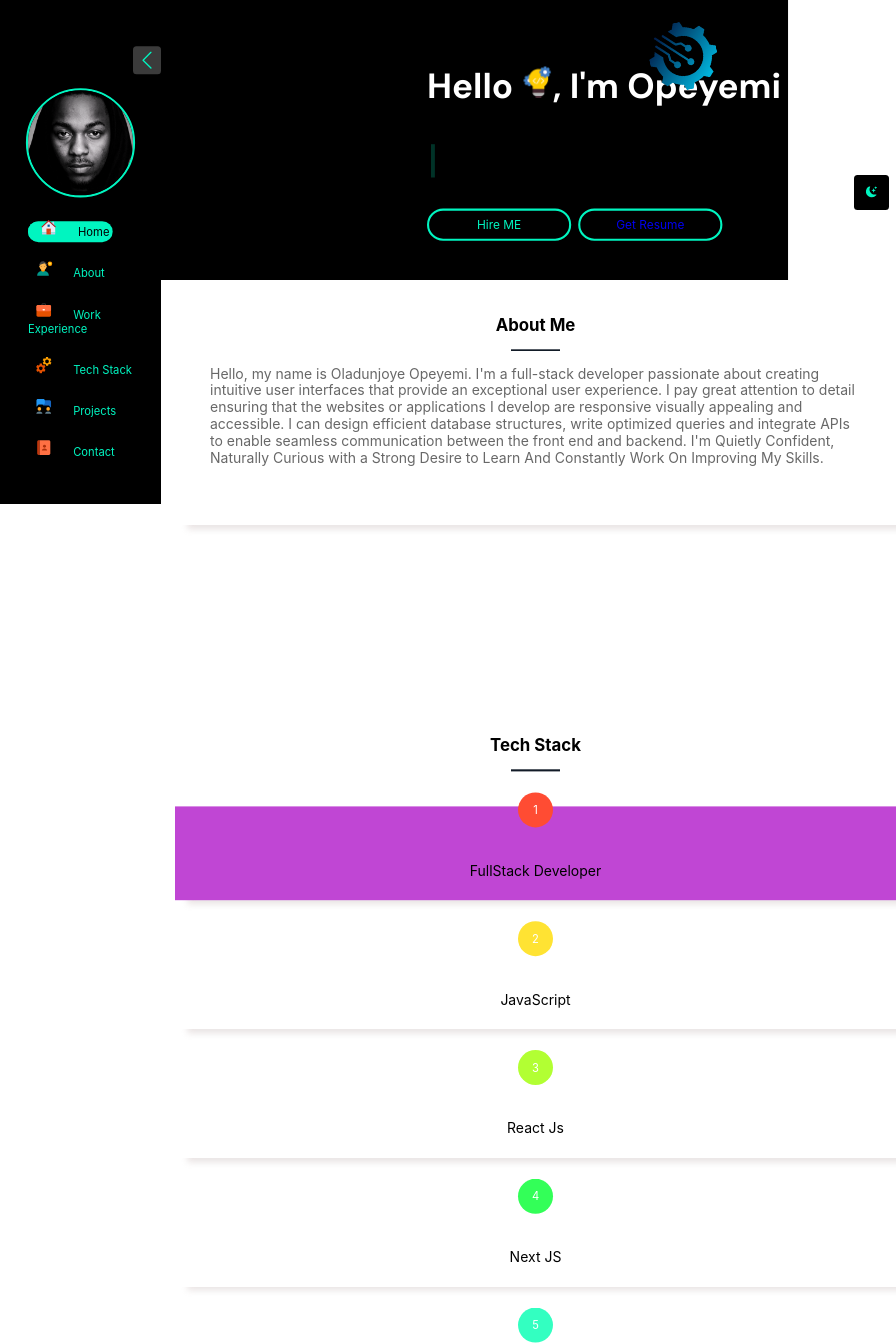
Repository: Laoye99/portfolio
Page: /
An editor plug-in stored every save of this project. The page is shown before and after a run of saves, followed by the edit.
The browser window is 1280 px wide. The pictures show the part of the page from y = 0 to 1920 px (the page is 2877 px tall), at 70% of full size.
The project was rebuilt for these pictures with package versions that can differ from the ones it lists, and the page was loaded fresh each time. Imported but missing from the stored project, and not drawn on this page: src/components/Home/MyResume.pdf.

Above is the page before, as saved 2024-02-15 14:33:20.

After the next 3 saves:
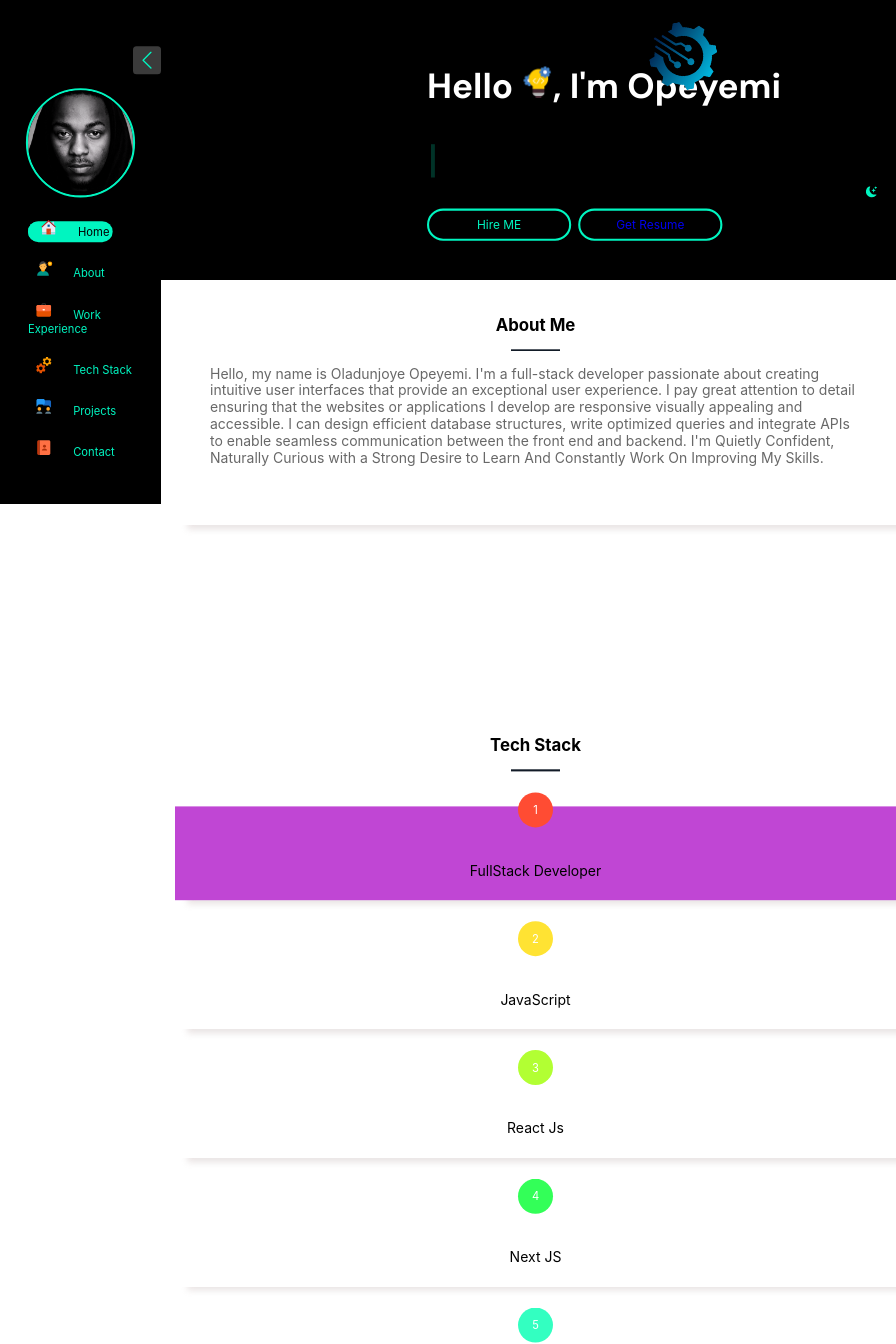
The 3 saves are shown as one change because they came seconds apart.
The last was saved 15 s later.
--- a/src/components/SideNav/Sidebar.css
+++ b/src/components/SideNav/Sidebar.css
@@ -1,6 +1,6 @@
 .sidebar-section {
     display: flex;
-    /* background-color: #000000; */
+    background-color: #000000;
   }
 
   .sidebar {
